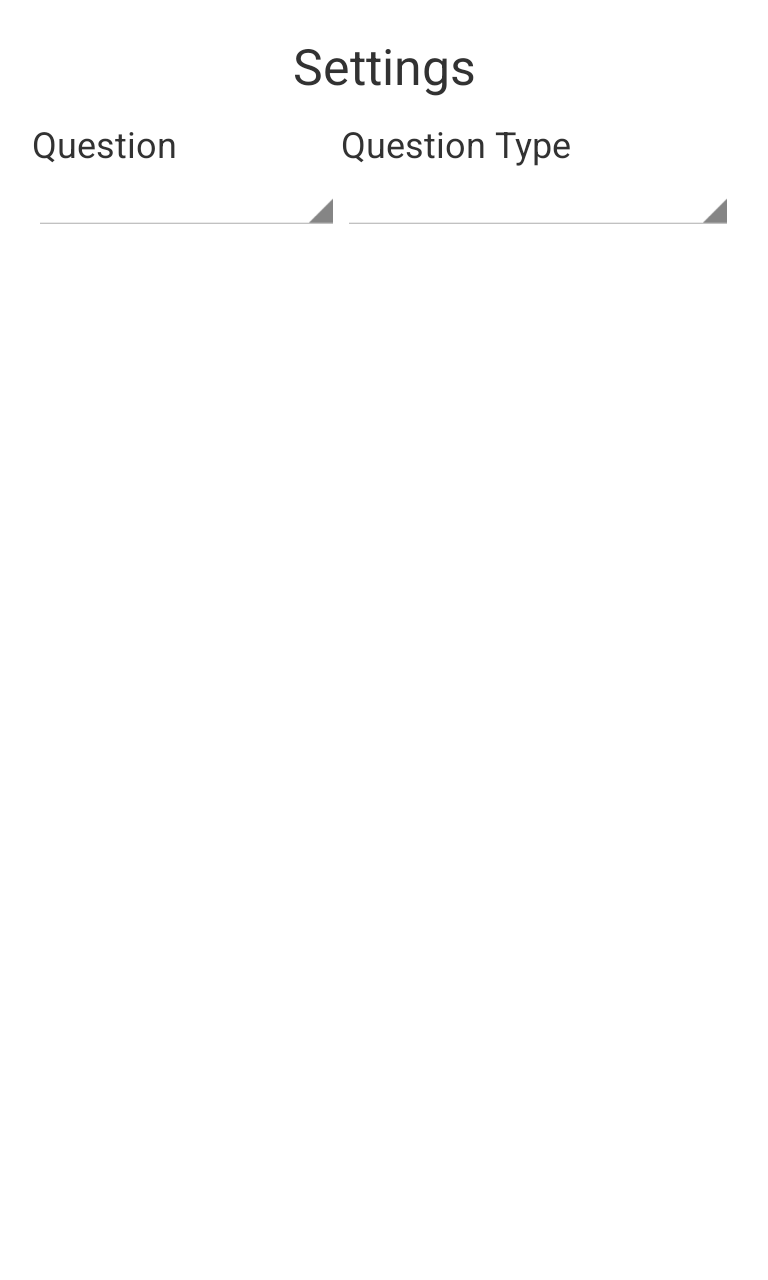
Repository: dsu1995/CountryQuiz
Layout: CountryQuiz/res/layout/activity_main.xml
The author's editor kept a copy of each file at every save. The layout is drawn from the files as they stood at one save, then again after the next save.
It is drawn on a 768 x 1280 px phone screen (xhdpi) without system bars, with theme AppTheme; the app's code is not run.

Above is the layout before, as saved 2013-05-19 15:50:11.

### CountryQuiz/res/layout/activity_main.xml
<TableLayout xmlns:android="http://schemas.android.com/apk/res/android"
    xmlns:tools="http://schemas.android.com/tools"
    android:id="@+id/TableLayout1"
    android:layout_width="match_parent"
    android:layout_height="match_parent"
    android:orientation="horizontal"
    android:paddingBottom="@dimen/activity_vertical_margin"
    android:paddingLeft="@dimen/activity_horizontal_margin"
    android:paddingRight="@dimen/activity_horizontal_margin"
    android:paddingTop="@dimen/activity_vertical_margin"
    android:stretchColumns="0,1"
    tools:context=".MainActivity" >

    <TextView
        android:id="@+id/settingsTextView"
        android:layout_width="wrap_content"
        android:layout_height="wrap_content"
        android:layout_marginBottom="10dp"
        android:gravity="center_horizontal"
        android:text="@string/settings_text"
        android:textSize="25sp" />

    <TableRow
        android:id="@+id/tableRow1"
        android:layout_width="wrap_content"
        android:layout_height="wrap_content" >

        <TextView
            android:id="@+id/questionTextView"
            android:layout_width="wrap_content"
            android:layout_height="wrap_content"
            android:text="@string/question_text"
            android:textSize="18sp" />

        <TextView
            android:id="@+id/questionTypeTextView"
            android:layout_width="wrap_content"
            android:layout_height="wrap_content"
            android:text="@string/question_type_text"
            android:textSize="18sp" />

    </TableRow>

    <TableRow
        android:id="@+id/tableRow2"
        android:layout_width="wrap_content"
        android:layout_height="wrap_content" >

        <Spinner
            android:id="@+id/questionSpinner"
            android:layout_width="fill_parent"
            android:layout_height="wrap_content" />

        <Spinner
            android:id="@+id/questionTypeSpinner"
            android:layout_width="fill_parent"
            android:layout_height="wrap_content" />

    </TableRow>

</TableLayout>

### CountryQuiz/res/values/strings.xml
<?xml version="1.0" encoding="utf-8"?>
<resources>

    <string name="app_name">David Su Country Quiz</string>
    <string name="action_settings">Settings</string>
    <string name="settings_text">Settings</string>
    <string name="question_text">Question </string>
    <string name="question_type_text">Question Type</string>
    <string name="answer_text">Answer</string>
    <string name="answer_type_text">Answer Type</string>
    <string name="start_text">Start</string>
    <string name="title_activity_game">Country Quiz</string>
    <string name="restart_string">Restart Quiz</string>

    <string-array name="question_array">
        <item>Country (10 points)</item>
        <item>Capital City (10 points)</item>
        <item>Flag (20 points)</item>
        <item>Country Marked on Map (20 points)</item>
    </string-array>
    <string-array name="question_type_array">
        <item>Text (0 points)</item>
        <item>Speech (5 points)</item>
    </string-array>
    <string-array name="answer_array">
        <item>Country (10 points)</item>
        <item>Capital City (10 points)</item>
        <item>Continent (5 points)</item>
    </string-array>
    <string-array name="answer_type_array">
        <item>Keyboard (5 points)</item>
        <item>Multiple Choice(0 points)</item>
    </string-array>

    <string name="points_string">&quot;Points Earned per Question: &quot;</string>
    <string name="invalid_string">Invalid Selection</string>
    <string name="tts_button_string">Press Button to Hear Question</string>
    <string name="skip_question_string">Skip this Question</string>
    <string name="country_string">Country: </string>
    <string name="capital_answer_hint_string">Enter the capital here</string>
    <string name="incorrect_answer_string">Incorrect Answer!</string>
    <string name="ok_string">OK</string>
    <string name="correct_answer_string">Correct!</string>
    <string name="reveal_answer_string">The correct answer is: </string>
    <string name="score_string">Score:</string>
    <string name="summary_string">You finished the game with a score of: %1$s. \n Congratulations! You are at a Grade %2$s level.</string>
    <string name="title_activity_summary">Post-Quiz Report</string>
    <string name="capital_string">Capital:</string>
    <string name="country_answer_hint_string">Enter the country</string>
    <string name="country_tts_button_string">Tap to hear country name</string>
    <string name="capital_tts_button_string">Tap to hear capital city name</string>
    <string name="continent_answer_hint_string">Enter the continent here</string>
    <string name="flag_string">Flag</string>
    <string-array name="continents_array">
        <item >Asia</item>
        <item >Africa</item>
        <item >North America</item>
        <item >South America</item>
        <item >Europe</item>
        <item >Oceania</item>
    </string-array>

</resources>

### CountryQuiz/res/values/colors.xml
<?xml version="1.0" encoding="utf-8"?>
<resources>
    <color name="menu_color">#F00</color>

</resources>

Loaded but not shown: CountryQuiz/res/values/styles.xml (common file); CountryQuiz/res/values-v11/styles.xml (common file); CountryQuiz/res/values-v14/styles.xml (common file); CountryQuiz/res/values/dimens.xml (common file)

After the next save:
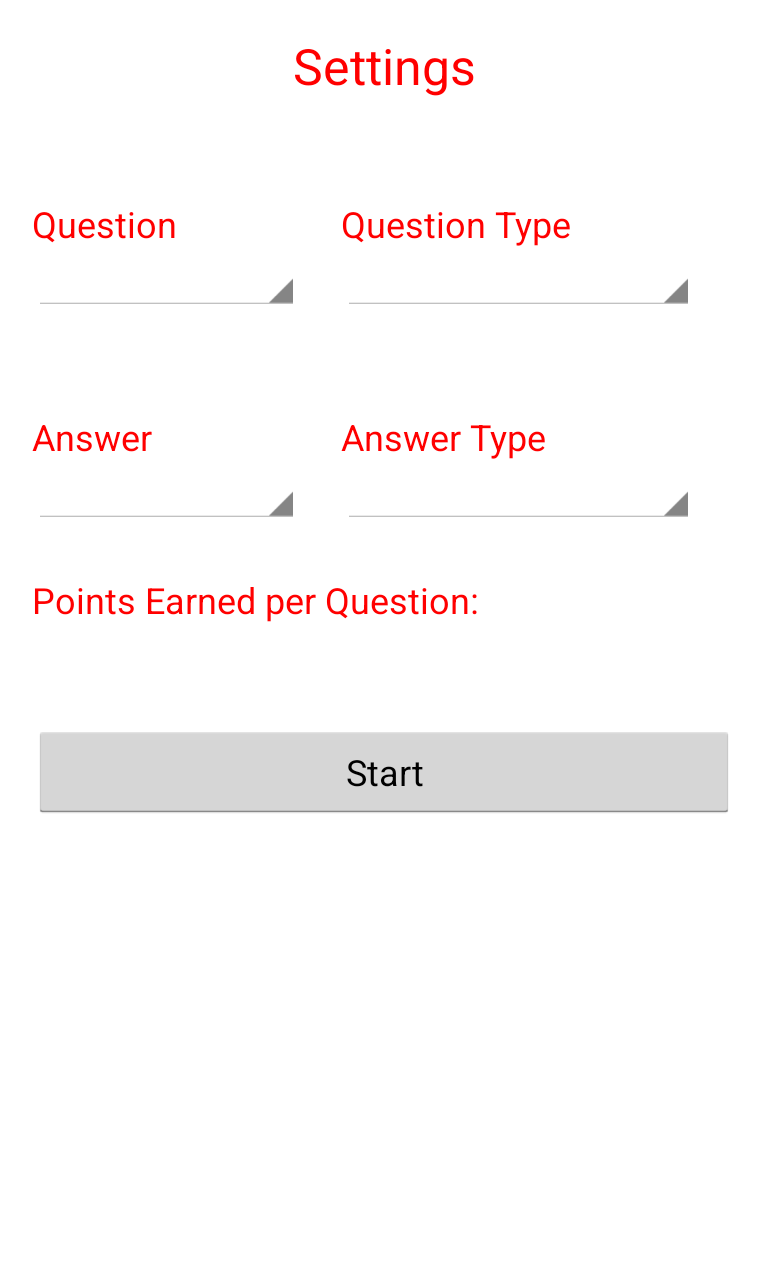
Saved 10 min 54 s later.
--- a/CountryQuiz/res/layout/activity_main.xml
+++ b/CountryQuiz/res/layout/activity_main.xml
@@ -1,6 +1,6 @@
 <TableLayout xmlns:android="http://schemas.android.com/apk/res/android"
     xmlns:tools="http://schemas.android.com/tools"
-    android:id="@+id/TableLayout1"
+    android:id="@+id/mainTableLayout"
     android:layout_width="match_parent"
     android:layout_height="match_parent"
     android:orientation="horizontal"
@@ -15,47 +15,121 @@
         android:id="@+id/settingsTextView"
         android:layout_width="wrap_content"
         android:layout_height="wrap_content"
-        android:layout_marginBottom="10dp"
+        android:layout_marginBottom="50dp"
         android:gravity="center_horizontal"
         android:text="@string/settings_text"
+        android:textColor="@color/menu_color"
         android:textSize="25sp" />
 
     <TableRow
-        android:id="@+id/tableRow1"
-        android:layout_width="wrap_content"
+        android:id="@+id/mainTableRow1"
+        android:layout_width="match_parent"
         android:layout_height="wrap_content" >
 
         <TextView
             android:id="@+id/questionTextView"
-            android:layout_width="wrap_content"
+            android:layout_width="match_parent"
             android:layout_height="wrap_content"
+            android:layout_weight="1"
             android:text="@string/question_text"
+            android:textColor="@color/menu_color"
             android:textSize="18sp" />
 
         <TextView
             android:id="@+id/questionTypeTextView"
-            android:layout_width="wrap_content"
+            android:layout_width="match_parent"
             android:layout_height="wrap_content"
+            android:layout_weight="1"
             android:text="@string/question_type_text"
+            android:textColor="@color/menu_color"
             android:textSize="18sp" />
 
     </TableRow>
 
     <TableRow
-        android:id="@+id/tableRow2"
-        android:layout_width="wrap_content"
-        android:layout_height="wrap_content" >
+        android:id="@+id/mainTableRow2"
+        android:layout_width="match_parent"
+        android:layout_height="wrap_content"
+        android:layout_marginBottom="50dp" >
 
         <Spinner
             android:id="@+id/questionSpinner"
-            android:layout_width="fill_parent"
-            android:layout_height="wrap_content" />
+            android:layout_width="match_parent"
+            android:layout_height="wrap_content"
+            android:layout_marginRight="20dp"
+            android:layout_weight="1" />
 
         <Spinner
             android:id="@+id/questionTypeSpinner"
-            android:layout_width="fill_parent"
-            android:layout_height="wrap_content" />
+            android:layout_width="match_parent"
+            android:layout_height="wrap_content"
+            android:layout_marginRight="20dp"
+            android:layout_weight="1" />
 
     </TableRow>
 
+    <TableRow
+        android:id="@+id/mainTableRow3"
+        android:layout_width="match_parent"
+        android:layout_height="wrap_content" >
+
+        <TextView
+            android:id="@+id/answerTextView"
+            android:layout_width="match_parent"
+            android:layout_height="wrap_content"
+            android:layout_weight="1"
+            android:text="@string/answer_text"
+            android:textColor="@color/menu_color"
+            android:textSize="18sp" />
+
+        <TextView
+            android:id="@+id/answerTypeTextView"
+            android:layout_width="match_parent"
+            android:layout_height="wrap_content"
+            android:layout_weight="1"
+            android:text="@string/answer_type_text"
+            android:textColor="@color/menu_color"
+            android:textSize="18sp" />
+
+    </TableRow>
+
+    <TableRow
+        android:id="@+id/mainTableRow4"
+        android:layout_width="match_parent"
+        android:layout_height="wrap_content"
+        android:layout_marginBottom="25dp" >
+
+        <Spinner
+            android:id="@+id/answerSpinner"
+            android:layout_width="match_parent"
+            android:layout_height="wrap_content"
+            android:layout_marginRight="20dp"
+            android:layout_weight="1" />
+
+        <Spinner
+            android:id="@+id/answerTypeSpinner"
+            android:layout_width="match_parent"
+            android:layout_height="wrap_content"
+            android:layout_marginRight="20dp"
+            android:layout_weight="1" />
+
+    </TableRow>
+
+    <TextView
+        android:id="@+id/pointsTextView"
+        android:layout_width="wrap_content"
+        android:layout_height="wrap_content"
+        android:layout_marginBottom="50dp"
+        android:text="@string/points_string"
+        android:textColor="@color/menu_color"
+        android:textSize="18sp" />
+
+    <Button
+        android:id="@+id/startButton"
+        android:layout_width="0dp"
+        android:layout_height="wrap_content"
+        android:layout_gravity="center_horizontal"
+        android:onClick="start"
+        android:text="@string/start_text" />
+
 </TableLayout>
